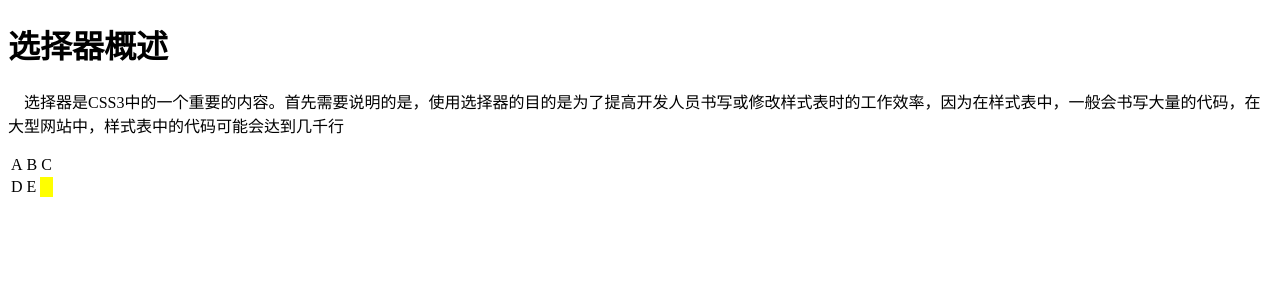
Repository: zdsherlock/HtmlCssLearn
Page: CSS/test-attSelect/index2.html
The author's editor kept a copy of each file at every save. The page is drawn from the files as they stood at one save, then again after the next save.
The browser window is 1280 px wide. The pictures show the whole page.

Above is the page before, as saved 2021-05-06 02:31:48.

After the next save:
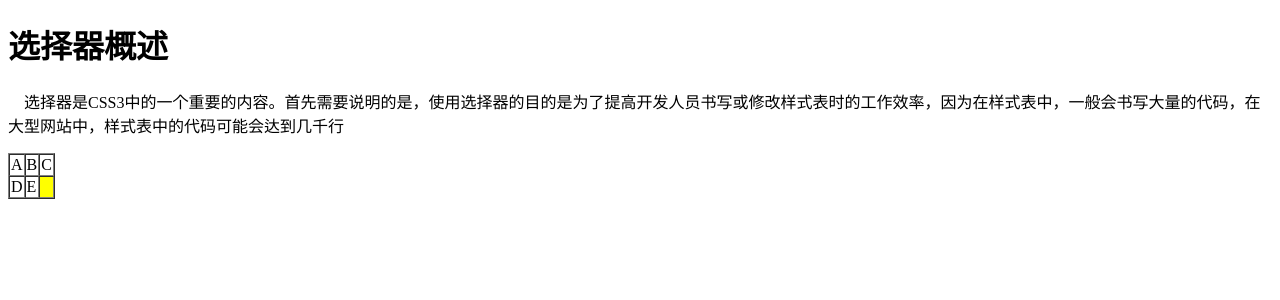
Saved 25 s later.
--- a/CSS/test-attSelect/index2.html
+++ b/CSS/test-attSelect/index2.html
@@ -17,7 +17,7 @@
         &nbsp;&nbsp;&nbsp;&nbsp;选择器是CSS3中的一个重要的内容。首先需要说明的是，使用选择器的目的是为了提高开发人员书写或修改样式表时的工作效率，因为在样式表中，一般会书写大量的代码，在大型网站中，样式表中的代码可能会达到几千行
     </p>
 
-    <table>
+    <table border="1" cellpading="0" cellspacing="0">
        <tr>
            <td>A</td>
            <td>B</td>
